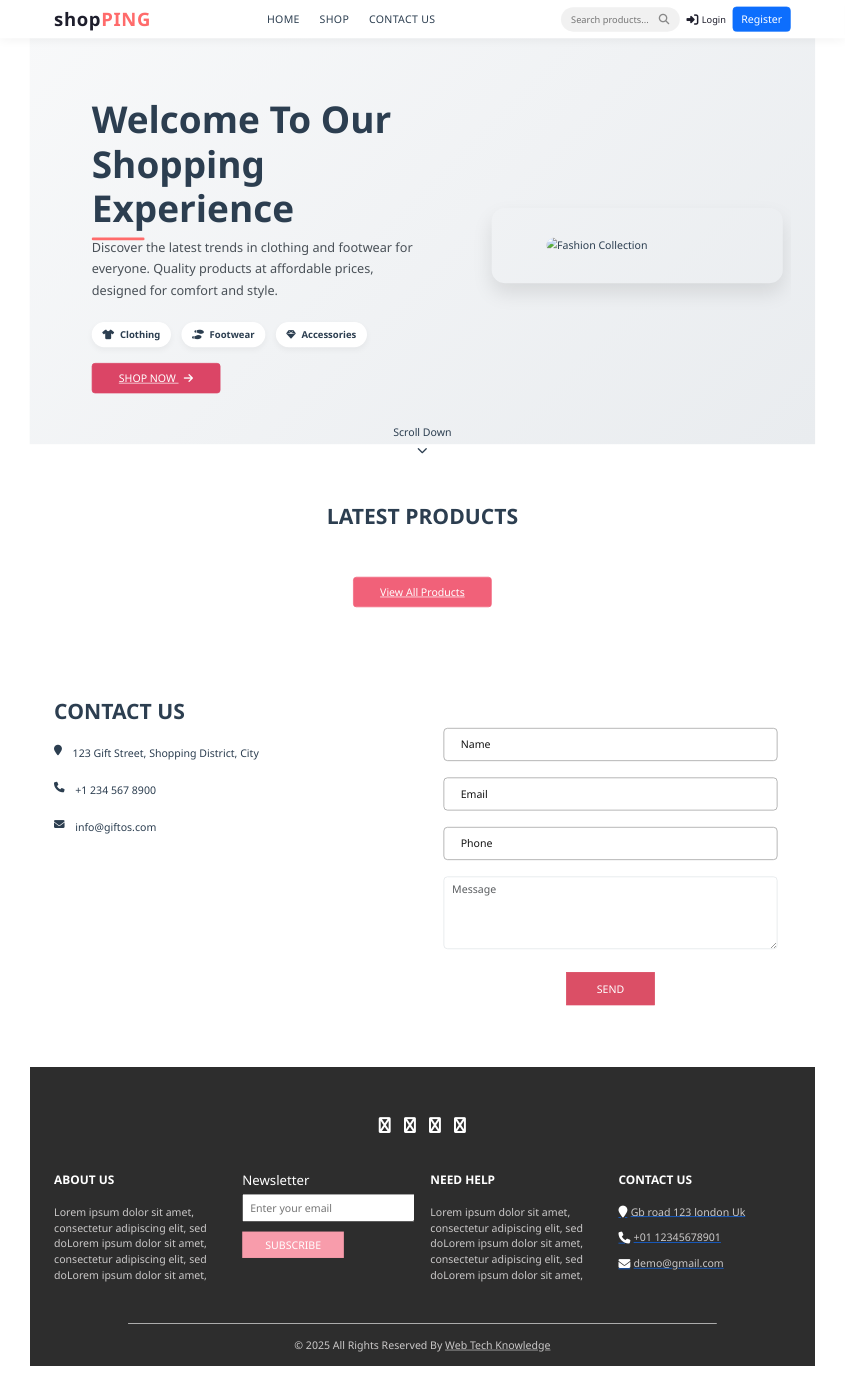
Repository: hahuuchinh2501/ecommerce_project
Page: http://localhost/
An editor plug-in stored every save of this project. The page is shown before and after the next save, followed by the edit.
The browser window is 1280 px wide. The pictures show the whole page, at 66% of full size.
The page is served by the project's Laravel application, run on PHP 8.4 with Laravel 12. Queries for data that is not in the repository find no rows.

Above is the page before, as saved 2025-04-09 15:49:38.

After the next save:
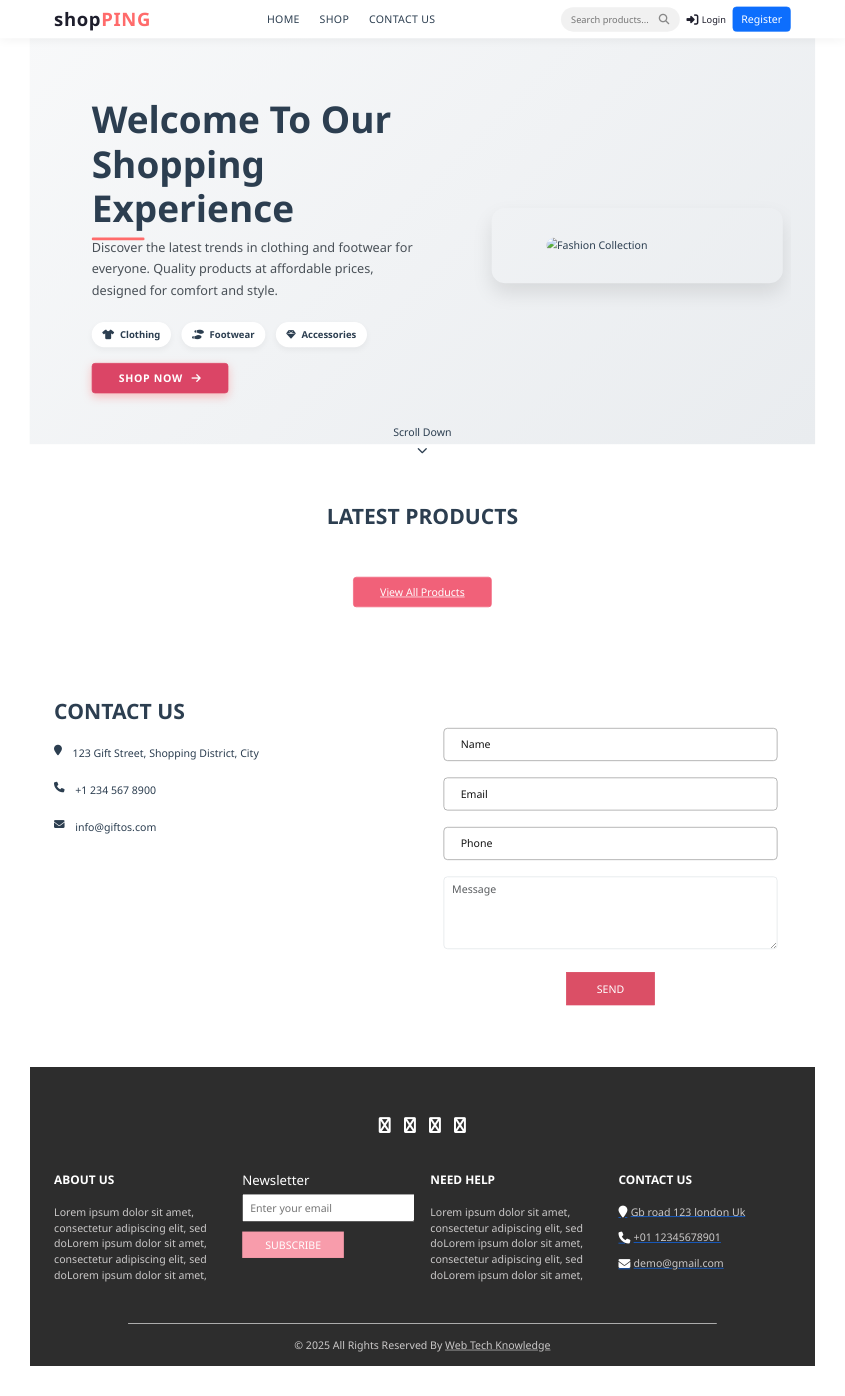
Saved 4 s later.
--- a/resources/views/home/slider.blade.php
+++ b/resources/views/home/slider.blade.php
@@ -59,7 +59,24 @@
       max-width: 500px;
     }
 
-
+    .detail-box a {
+      display: inline-block;
+      padding: 12px 30px;
+      background-color: var(--primary-color);
+      color: white;
+      text-decoration: none;
+      border-radius: 30px;
+      font-weight: 600;
+      letter-spacing: 1px;
+      transition: all 0.3s ease;
+      box-shadow: 0 5px 15px rgba(255, 107, 107, 0.4);
+    }
+
+    .detail-box a:hover {
+      background-color: var(--secondary-color);
+      transform: translateY(-3px);
+      box-shadow: 0 8px 20px rgba(84, 109, 229, 0.5);
+    }
 
     .img-box {
       position: relative;
